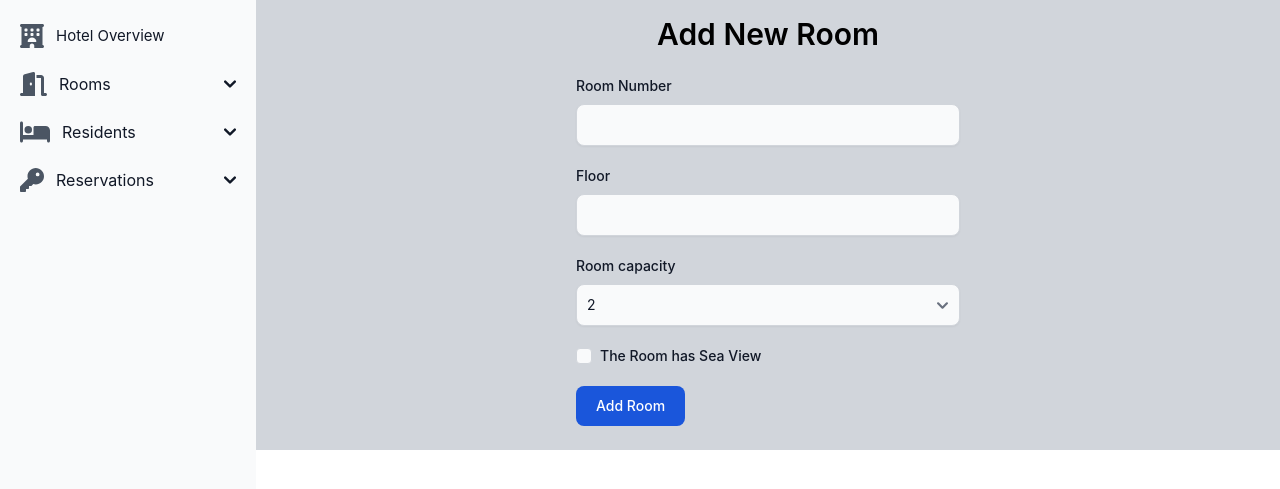
Repository: aggepap/hotelReservationsProj
Page: /rooms/add (app in admin-panel/)
An editor plug-in stored every save of this project. The page is shown before and after the next save, followed by the edit.
The browser window is 1280 px wide. The pictures show the whole page.
The project was rebuilt for these pictures with package versions that can differ from the ones it lists, and the page was loaded fresh each time. Also part of the build but not shown: admin-panel/vite.config.ts, admin-panel/src/views/HomeView.vue.

Above is the page before, as saved 2025-01-19 16:01:20.

### admin-panel/index.html
<!DOCTYPE html>
<html lang="">
  <head>
    <meta charset="UTF-8" />
    <link rel="icon" href="/favicon.ico" />
    <meta name="viewport" content="width=device-width, initial-scale=1.0" />
    <title>Vite App</title>
  </head>
  <body>
    <div id="app"></div>
    <script type="module" src="/src/main.ts"></script>
  </body>
</html>

### admin-panel/src/main.ts
import "./assets/main.css";
import "primeicons/primeicons.css";
import "flowbite";

import { createApp } from "vue";
import App from "./App.vue";
import router from "./router";

const app = createApp(App);

app.use(router);

app.mount("#app");

### admin-panel/src/assets/main.css
@import "./base.css";
@tailwind base;
@tailwind components;
@tailwind utilities;

### admin-panel/src/App.vue
<script setup lang="ts">
import { RouterLink, RouterView } from "vue-router";
import { FontAwesomeIcon } from "@fortawesome/vue-fontawesome";
import { faDoorOpen } from "@fortawesome/free-solid-svg-icons";
import { faHotel } from "@fortawesome/free-solid-svg-icons";
import { faBed } from "@fortawesome/free-solid-svg-icons";
import { faKey } from "@fortawesome/free-solid-svg-icons";
</script>

<template>
  <button
    data-drawer-target="sidebar-multi-level-sidebar"
    data-drawer-toggle="sidebar-multi-level-sidebar"
    aria-controls="sidebar-multi-level-sidebar"
    type="button"
    class="inline-flex items-center p-2 mt-2 ms-3 text-sm text-gray-500 rounded-lg sm:hidden hover:bg-gray-100 focus:outline-none focus:ring-2 focus:ring-gray-200 dark:text-gray-400 dark:hover:bg-gray-700 dark:focus:ring-gray-600"
  >
    <span class="sr-only">Open sidebar</span>
    <svg
      class="w-6 h-6"
      aria-hidden="true"
      fill="currentColor"
      viewBox="0 0 20 20"
      xmlns="http://www.w3.org/2000/svg"
    >
      <path
        clip-rule="evenodd"
        fill-rule="evenodd"
        d="M2 4.75A.75.75 0 012.75 4h14.5a.75.75 0 010 1.5H2.75A.75.75 0 012 4.75zm0 10.5a.75.75 0 01.75-.75h7.5a.75.75 0 010 1.5h-7.5a.75.75 0 01-.75-.75zM2 10a.75.75 0 01.75-.75h14.5a.75.75 0 010 1.5H2.75A.75.75 0 012 10z"
      ></path>
    </svg>
  </button>
  <section class="flex flex-row justify-between items-center">
    <aside
      id="sidebar-multi-level-sidebar"
      class="fixed top-0 left-0 z-40 w-64 h-screen transition-transform -translate-x-full sm:translate-x-0"
      aria-label="Sidebar"
    >
      <div class="h-full px-3 py-4 overflow-y-auto bg-gray-50 dark:bg-gray-800">
        <ul class="space-y-2 font-medium">
          <li>
            <a
              href="#"
              class="flex items-center p-2 text-gray-900 rounded-lg dark:text-white hover:bg-gray-100 dark:hover:bg-gray-700 group"
            >
              <FontAwesomeIcon class="text-gray-600 text-2xl" :icon="faHotel" />
              <span class="ms-3">Hotel Overview</span>
            </a>
          </li>
          <li>
            <button
              type="button"
              class="flex items-center w-full p-2 text-base text-gray-900 transition duration-75 rounded-lg group hover:bg-gray-100 dark:text-white dark:hover:bg-gray-700"
              aria-controls="dropdown-rooms"
              data-collapse-toggle="dropdown-rooms"
            >
              <FontAwesomeIcon
                class="text-gray-600 text-2xl"
                :icon="faDoorOpen"
              />

              <span
                class="flex-1 ms-3 text-left rtl:text-right whitespace-nowrap"
                >Rooms</span
              >
              <svg
                class="w-3 h-3"
                aria-hidden="true"
                xmlns="http://www.w3.org/2000/svg"
                fill="none"
                viewBox="0 0 10 6"
              >
                <path
                  stroke="currentColor"
                  stroke-linecap="round"
                  stroke-linejoin="round"
                  stroke-width="2"
                  d="m1 1 4 4 4-4"
                />
              </svg>
            </button>
            <ul id="dropdown-rooms" class="hidden py-2 space-y-2">
              <li>
                <RouterLink
                  to="/rooms/add"
                  class="flex justify-start gap-2 items-start w-full p-2 text-gray-900 transition duration-75 rounded-lg pl-11 group hover:bg-gray-100 dark:text-white dark:hover:bg-gray-700"
                >
                  <i class="pi pi-plus pt-1"></i> Add new Room</RouterLink
                >
              </li>
            </ul>
          </li>
          <li>
            <button
              type="button"
              class="flex items-center w-full p-2 text-base text-gray-900 transition duration-75 rounded-lg group hover:bg-gray-100 dark:text-white dark:hover:bg-gray-700"
              aria-controls="dropdown-residents"
              data-collapse-toggle="dropdown-residents"
            >
              <FontAwesomeIcon class="text-gray-600 text-2xl" :icon="faBed" />

              <span
                class="flex-1 ms-3 text-left rtl:text-right whitespace-nowrap"
                >Residents</span
              >
              <svg
                class="w-3 h-3"
                aria-hidden="true"
                xmlns="http://www.w3.org/2000/svg"
                fill="none"
                viewBox="0 0 10 6"
              >
                <path
                  stroke="currentColor"
                  stroke-linecap="round"
                  stroke-linejoin="round"
                  stroke-width="2"
                  d="m1 1 4 4 4-4"
                />
              </svg>
            </button>
            <ul id="dropdown-residents" class="hidden py-2 space-y-2">
              <li>
                <a
                  href="#"
                  class="flex justify-start gap-2 items-start w-full p-2 text-gray-900 transition duration-75 rounded-lg pl-11 group hover:bg-gray-100 dark:text-white dark:hover:bg-gray-700"
                >
                  <i class="pi pi-plus pt-1"></i> Add a Resident</a
                >
              </li>
            </ul>
          </li>
          <li>
            <button
              type="button"
              class="flex items-center w-full p-2 text-base text-gray-900 transition duration-75 rounded-lg group hover:bg-gray-100 dark:text-white dark:hover:bg-gray-700"
              aria-controls="dropdown-reservations"
              data-collapse-toggle="dropdown-reservations"
            >
              <FontAwesomeIcon class="text-gray-600 text-2xl" :icon="faKey" />

              <span
                class="flex-1 ms-3 text-left rtl:text-right whitespace-nowrap"
                >Reservations</span
              >
              <svg
                class="w-3 h-3"
                aria-hidden="true"
                xmlns="http://www.w3.org/2000/svg"
                fill="none"
                viewBox="0 0 10 6"
              >
                <path
                  stroke="currentColor"
                  stroke-linecap="round"
                  stroke-linejoin="round"
                  stroke-width="2"
                  d="m1 1 4 4 4-4"
                />
              </svg>
            </button>
            <ul id="dropdown-reservations" class="hidden py-2 space-y-2">
              <li>
                <a
                  href="#"
                  class="flex justify-start gap-2 items-start w-full p-2 text-gray-900 transition duration-75 rounded-lg pl-11 group hover:bg-gray-100 dark:text-white dark:hover:bg-gray-700"
                >
                  <i class="pi pi-plus pt-1"></i> Add a Reservation</a
                >
              </li>
            </ul>
          </li>
        </ul>
      </div>
    </aside>

    <main class="flex items-start h-screen w-full pl-64">
      <div class="mx-auto w-full md:p-6 bg-gray-300 pt-12">
        <RouterView />
      </div>
    </main>
  </section>
</template>

### admin-panel/src/router/index.ts
import { createRouter, createWebHistory } from "vue-router";
import HomeView from "../views/HomeView.vue";
import AddRoomView from "@/views/roomviews/AddRoomView.vue";

const router = createRouter({
  history: createWebHistory(import.meta.env.BASE_URL),
  routes: [
    {
      path: "/",
      name: "home",
      component: HomeView,
    },
    {
      path: "/rooms/add",
      name: "addRoom",
      component: AddRoomView,
    },
    {
      path: "/about",
      name: "about",
      // route level code-splitting
      // this generates a separate chunk (About.[hash].js) for this route
      // which is lazy-loaded when the route is visited.
      component: () => import("../views/AboutView.vue"),
    },
  ],
});

export default router;

### admin-panel/src/views/roomviews/AddRoomView.vue
<script setup></script>

<template>
  <h2 class="text-black text-3xl text-center leading-5 font-semibold mb-8">
    Add New Room
  </h2>
  <form class="max-w-sm mx-auto">
    <div class="">
      <div class="mb-5">
        <label
          for="newRoomNumber"
          class="block mb-2 text-sm font-medium text-gray-900 dark:text-white"
          >Room Number</label
        >
        <input
          type="number"
          id="newRoomNumber"
          class="shadow-sm bg-gray-50 border border-gray-300 text-gray-900 text-sm rounded-lg focus:ring-blue-500 focus:border-blue-500 block w-full p-2.5 dark:bg-gray-700 dark:border-gray-600 dark:placeholder-gray-400 dark:text-white dark:focus:ring-blue-500 dark:focus:border-blue-500 dark:shadow-sm-light"
          min="1"
          required
        />
      </div>
      <div class="mb-5">
        <label
          for="floorNumber"
          class="block mb-2 text-sm font-medium text-gray-900 dark:text-white"
          >Floor</label
        >
        <input
          type="number"
          id="floorNumber"
          class="shadow-sm bg-gray-50 border border-gray-300 text-gray-900 text-sm rounded-lg focus:ring-blue-500 focus:border-blue-500 block w-full p-2.5 dark:bg-gray-700 dark:border-gray-600 dark:placeholder-gray-400 dark:text-white dark:focus:ring-blue-500 dark:focus:border-blue-500 dark:shadow-sm-light"
          min="1"
          max="15"
          required
        />
      </div>
      <div class="mb-5">
        <label
          for="repeat-password"
          class="block mb-2 text-sm font-medium text-gray-900 dark:text-white"
          >Room capacity</label
        >
        <select
          id="roomCapacity"
          class="shadow-sm bg-gray-50 border border-gray-300 text-gray-900 text-sm rounded-lg focus:ring-blue-500 focus:border-blue-500 block w-full p-2.5 dark:bg-gray-700 dark:border-gray-600 dark:placeholder-gray-400 dark:text-white dark:focus:ring-blue-500 dark:focus:border-blue-500 dark:shadow-sm-light"
          required
        >
          <option value="double">2</option>
          <option value="triple">3</option>
          <option value="family">4</option>
        </select>
      </div>
      <div class="flex items-start mb-5">
        <div class="flex items-center h-5">
          <input
            id="hasSeaview"
            type="checkbox"
            value=""
            class="w-4 h-4 border border-gray-300 rounded bg-gray-50 focus:ring-3 focus:ring-blue-300 dark:bg-gray-700 dark:border-gray-600 dark:focus:ring-blue-600 dark:ring-offset-gray-800 dark:focus:ring-offset-gray-800"
            required
          />
        </div>
        <label
          for="terms"
          class="ms-2 text-sm font-medium text-gray-900 dark:text-gray-300"
          >The Room has Sea View</label
        >
      </div>
    </div>
    <button
      type="submit"
      class="text-white bg-blue-700 hover:bg-blue-800 focus:ring-4 focus:outline-none focus:ring-blue-300 font-medium rounded-lg text-sm px-5 py-2.5 text-center dark:bg-blue-600 dark:hover:bg-blue-700 dark:focus:ring-blue-800"
    >
      Add Room
    </button>
  </form>
</template>

### admin-panel/tailwind.config.js
/** @type {import('tailwindcss').Config} */
export default {
  content: [
    "./index.html",
    "./src/**/*.{vue,js,ts,jsx,tsx}",
    "./node_modules/flowbite/**/*.js",
  ],
  theme: {
    extend: {},
  },
  plugins: [require("flowbite/plugin")],
};

Loaded but not shown: admin-panel/src/assets/base.css (common file)

After the next save:
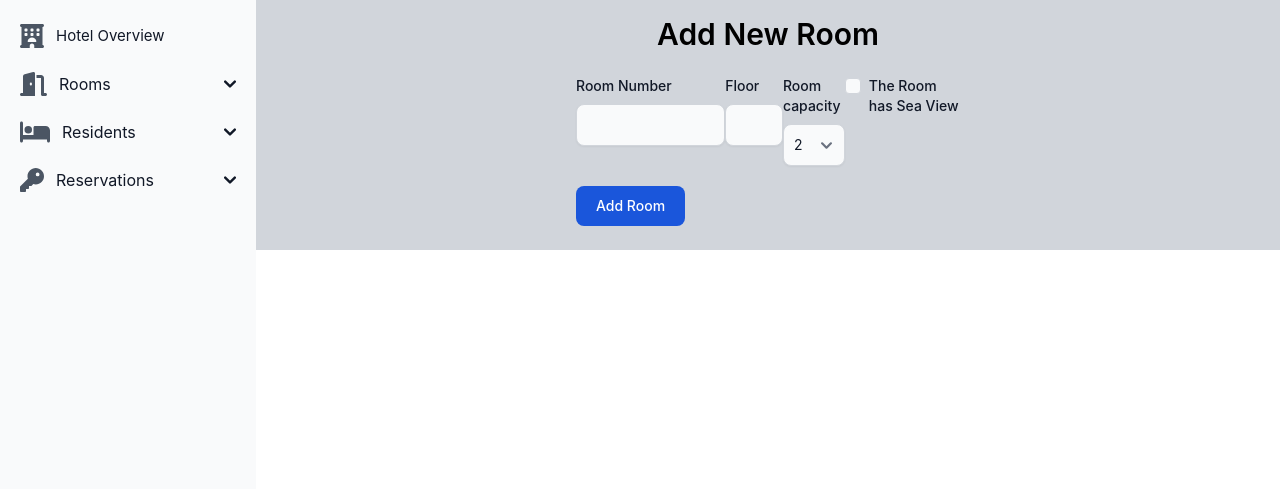
Saved 4 s later.
--- a/admin-panel/src/views/roomviews/AddRoomView.vue
+++ b/admin-panel/src/views/roomviews/AddRoomView.vue
@@ -5,7 +5,7 @@
     Add New Room
   </h2>
   <form class="max-w-sm mx-auto">
-    <div class="">
+    <div class="flex">
       <div class="mb-5">
         <label
           for="newRoomNumber"
